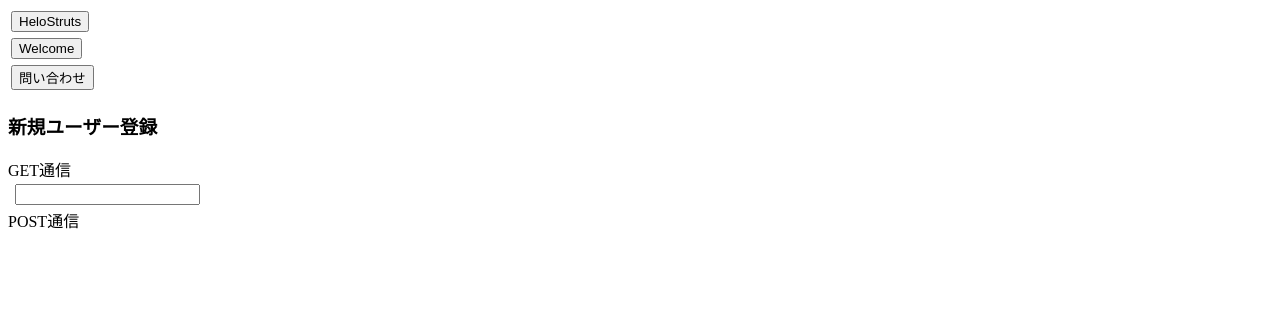
Repository: yosshy1228/WebProj
Page: http://localhost/WebProj2/
The author's editor kept a copy of each file at every save. The page is drawn from the files as they stood at one save, then again after the next save.
The browser window is 1280 px wide. The pictures show the whole page.
The page is served by Tomcat 9.

Above is the page before, as saved 2019-12-11 11:43:31.

After the next save:
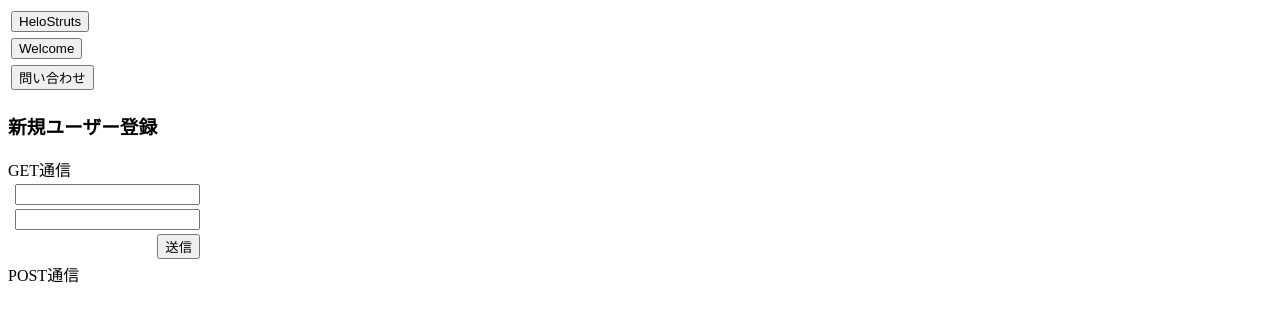
Saved 79 s later.
--- a/WebProj2/WebContent/index.jsp
+++ b/WebProj2/WebContent/index.jsp
@@ -21,8 +21,8 @@
    GET通信
    <s:form method="get" action="TestAction">
    <s:textfield name="username"/>
-   <s;password name="password"/>
-   <s;submit value="送信"/>
+   <s:password name="password"/>
+   <s:submit value="送信"/>
    </s:form>
    POST通信
    <s:form method="post" action="TestAction">
